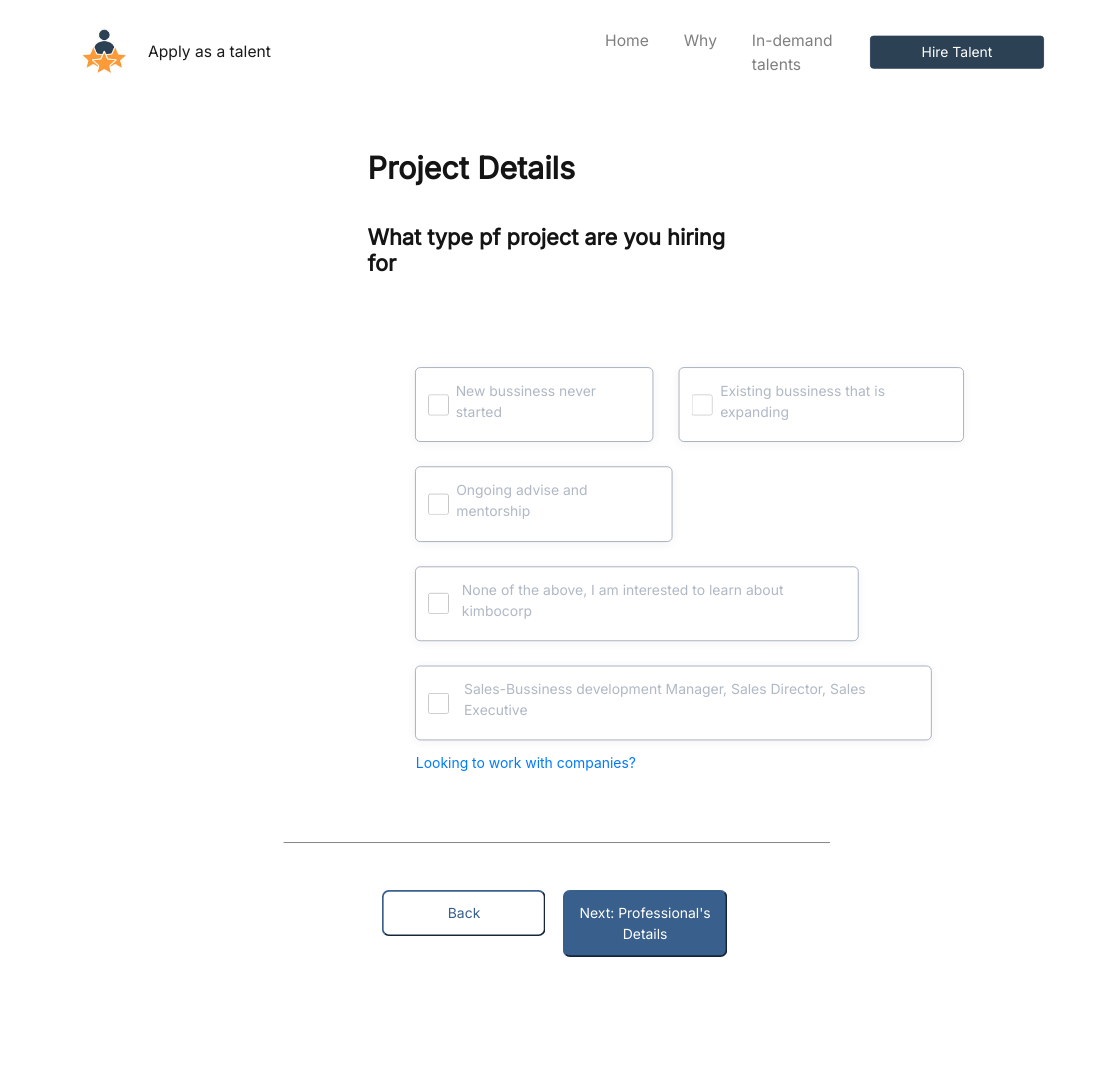
Repository: Ashwe9/talent-hire-reactJs
Page: /projectdetails
These files come from the project's save history. The page is drawn as it stood at one moment and after the next save; the edit follows.
The browser window is 1280 px wide. The pictures show the whole page, at 87% of full size.
The project was rebuilt for these pictures with package versions that can differ from the ones it lists, and the page was loaded fresh each time. Also part of the build but not shown: src/homePage/components/TrustedBy/TrustedBy.css, src/homePage/components/TrustedBy/TrustedBy.js, src/homePage/components/Roles/Roles.js, src/homePage/components/homePageFooter/HomePageFooter.css, src/homePage/components/homePageFooter/HomePageFooter.js, src/homePage/HomePage.js, src/kpisPage/Header.js, src/kpisPage/DropDown.css and 4 more.

Above is the page before, as saved 2022-08-20 13:15:53.

After the next save:
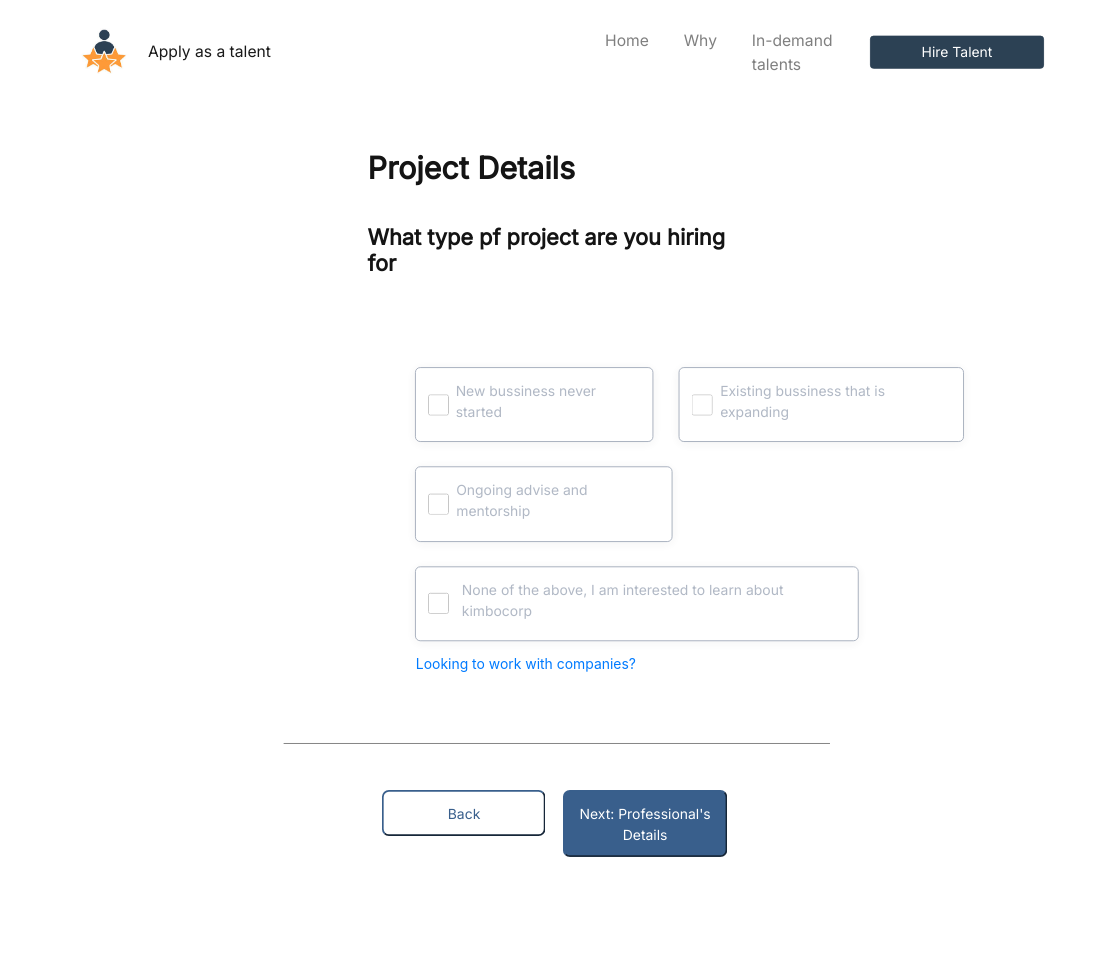
Saved 7 s later.
--- a/src/projectDetails/Details.js
+++ b/src/projectDetails/Details.js
@@ -49,12 +49,6 @@ const Details = () => {
               <label className={`${checked_4 ? "detail-item-paragraph-active" : "detail-item-paragraph"}`}>None of the above, I am interested to learn about kimbocorp</label>
             </div>
           </div>
-          <div className='row'>
-            <div className={` ${checked_5 ? "detail-item-active" : "detail-item"}`}>
-              <input type="checkbox" id="detail_5" name="detail_5" className='detail-check' onClick={handle_5}/>
-              <label className={`${checked_5 ? "detail-item-paragraph-active" : "detail-item-paragraph"}`}>Sales-Bussiness development Manager, Sales Director, Sales Executive</label>
-            </div>
-          </div>
         </form>
         <a href='#' className='details-question'>Looking to work with companies?</a>
       </div>
